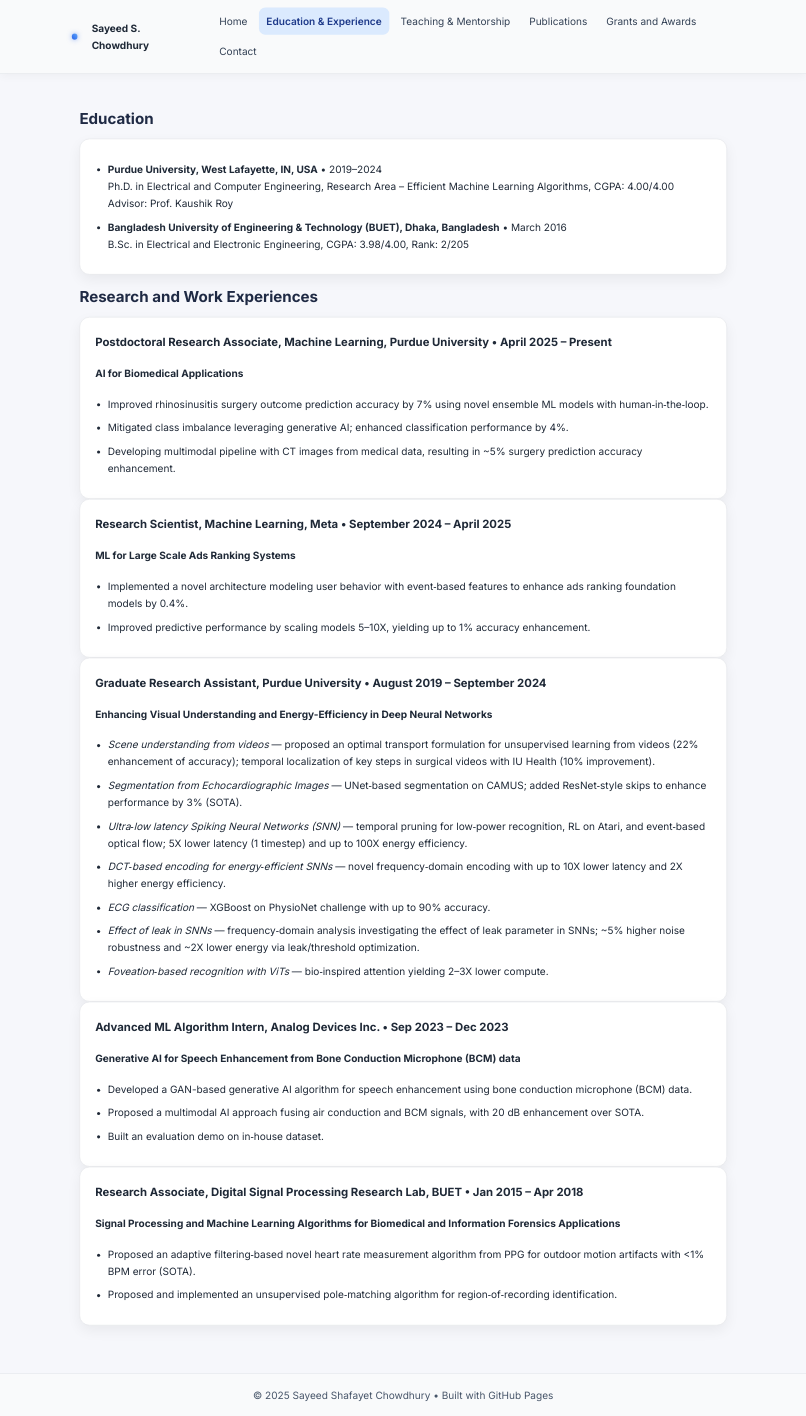
Repository: SayeedChowdhury/SayeedChowdhury.github.io
Page: edu-exp.html
An editor plug-in stored every save of this project. The page is shown before and after the next save, followed by the edit.
The browser window is 1280 px wide. The pictures show the whole page, at 63% of full size.

Above is the page before, as saved 2025-08-13 14:14:52.

After the next save:
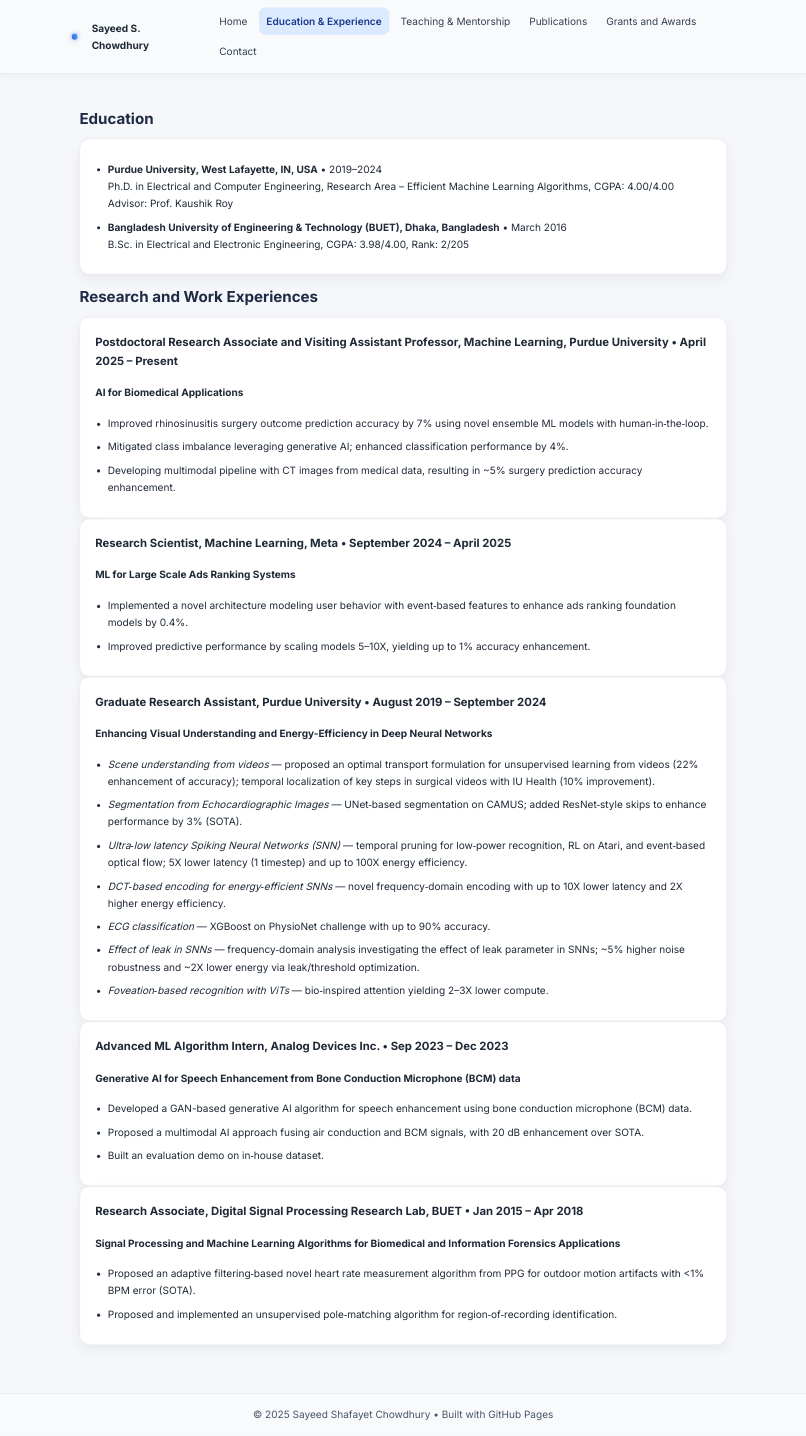
Saved 100 min 21 s later.
--- a/edu-exp.html
+++ b/edu-exp.html
@@ -44,7 +44,7 @@
   <!-- <div class="kicker">Research and Work Experiences</div> -->
   <h2>Research and Work Experiences</h2>
   <div class="card">
-    <h3>Postdoctoral Research Associate, Machine Learning, Purdue University • April 2025 – Present</h3>
+    <h3>Postdoctoral Research Associate and Visiting Assistant Professor, Machine Learning, Purdue University • April 2025 – Present</h3>
     <h4>AI for Biomedical Applications</h4>
     <ul class="list">
       <li>Improved rhinosinusitis surgery outcome prediction accuracy by 7% using novel ensemble ML models with human‑in‑the‑loop.</li>
